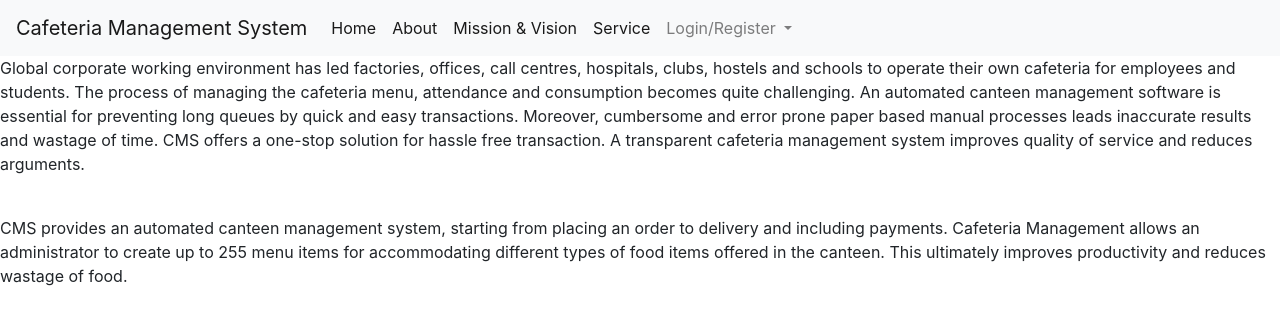
Repository: OsamaRaees/Trivia
Page: http://localhost/Trivia/Home.jsp
An editor plug-in stored every save of this project. The page is shown before and after the next save, followed by the edit.
The browser window is 1280 px wide. The pictures show the whole page.
The page is served by Tomcat 9.

Above is the page before, as saved 2019-04-05 08:59:45.

After the next save:
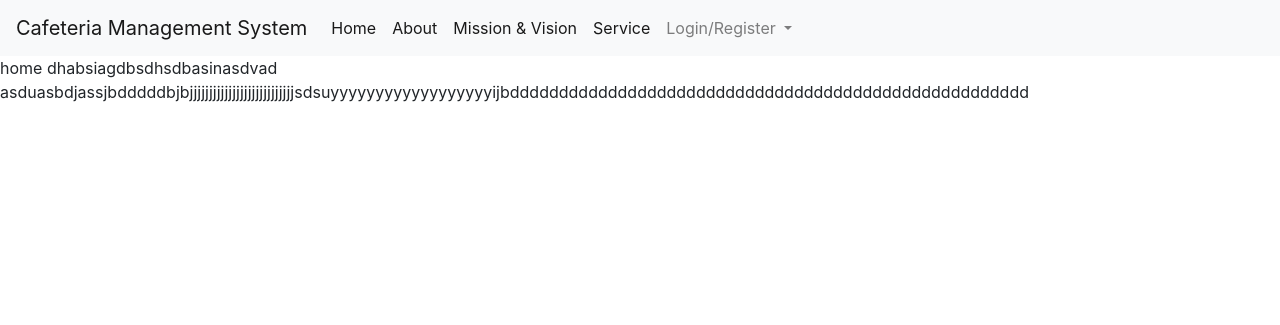
Saved 43 s later.
--- a/Trivia/WebContent/Home.jsp
+++ b/Trivia/WebContent/Home.jsp
@@ -50,16 +50,7 @@
 </nav>
 
 
-<p>Global corporate working environment has led factories,
-offices, call centres, hospitals, clubs, hostels and
-schools to operate their own cafeteria for employees and students.
-The process of managing the cafeteria menu, attendance and consumption
-becomes quite challenging. An automated canteen management software is
-essential for preventing long queues by quick and easy transactions.
-Moreover, cumbersome and error prone paper based manual processes leads inaccurate results and wastage of time. CMS offers a one-stop solution for hassle free transaction. A transparent cafeteria management system improves quality of service and reduces arguments.</p><br>
-
-
-CMS provides an automated canteen management system, starting from placing an order to delivery and including payments. Cafeteria Management allows an administrator to create up to 255 menu items for accommodating different types of food items offered in the canteen. This ultimately improves productivity and reduces wastage of food.
+<p>home dhabsiagdbsdhsdbasinasdvad asduasbdjassjbdddddbjbjjjjjjjjjjjjjjjjjjjjjjjjjjjsdsuyyyyyyyyyyyyyyyyyyijbddddddddddddddddddddddddddddddddddddddddddddddddddddd</p>
 <script src="https://code.jquery.com/jquery-3.3.1.slim.min.js" integrity="sha384-q8i/X+965DzO0rT7abK41JStQIAqVgRVzpbzo5smXKp4YfRvH+8abtTE1Pi6jizo" crossorigin="anonymous"></script>
 <script src="https://cdnjs.cloudflare.com/ajax/libs/popper.js/1.14.7/umd/popper.min.js" integrity="sha384-UO2eT0CpHqdSJQ6hJty5KVphtPhzWj9WO1clHTMGa3JDZwrnQq4sF86dIHNDz0W1" crossorigin="anonymous"></script>
 <script src="https://stackpath.bootstrapcdn.com/bootstrap/4.3.1/js/bootstrap.min.js" integrity="sha384-JjSmVgyd0p3pXB1rRibZUAYoIIy6OrQ6VrjIEaFf/nJGzIxFDsf4x0xIM+B07jRM" crossorigin="anonymous"></script>
